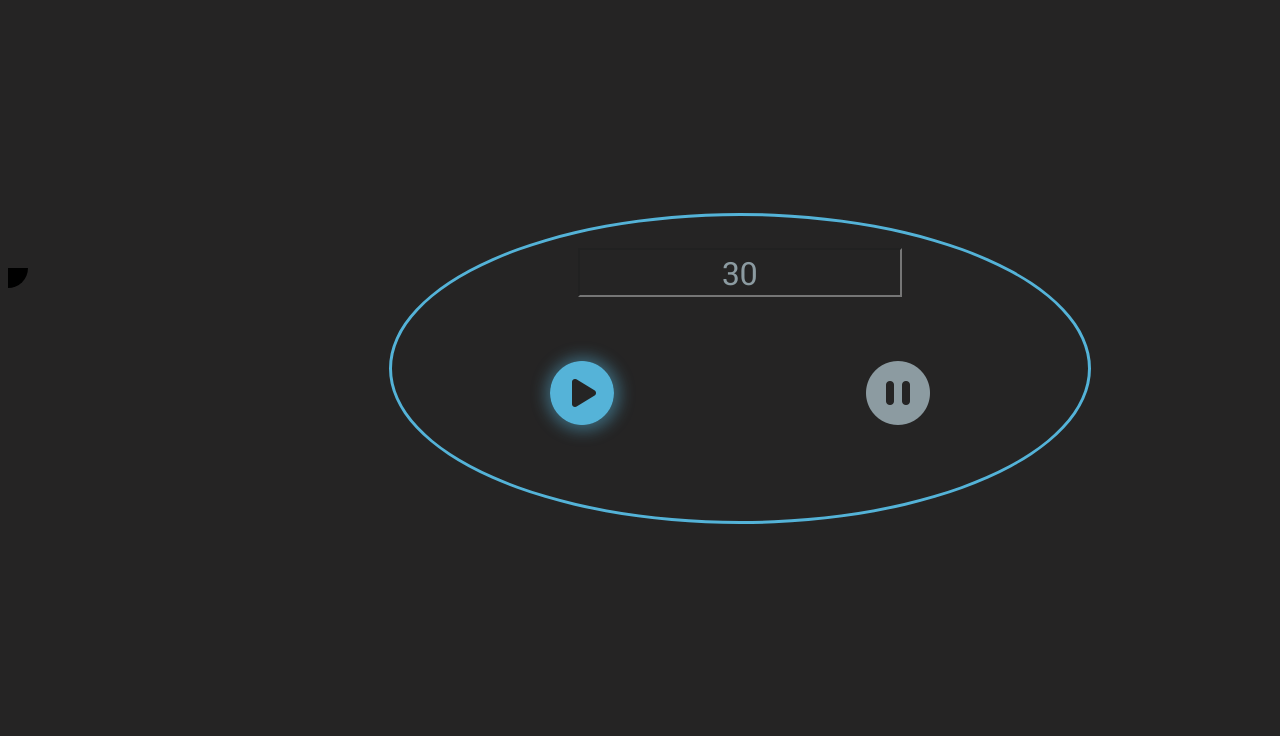
Repository: Sbethm/javascript-challenges
Page: index.html
An editor plug-in stored every save of this project. The page is shown before and after a run of saves, followed by the edit.
The browser window is 1280 px wide. The pictures show the whole page.
Some web libraries are served in a nearby version. The style sheet was rebuilt from its Sass, Less or Tailwind sources for each picture, by a compiler version that may differ from the author's.

Above is the page before, as saved 2021-09-17 15:04:18.

After the next 4 saves:
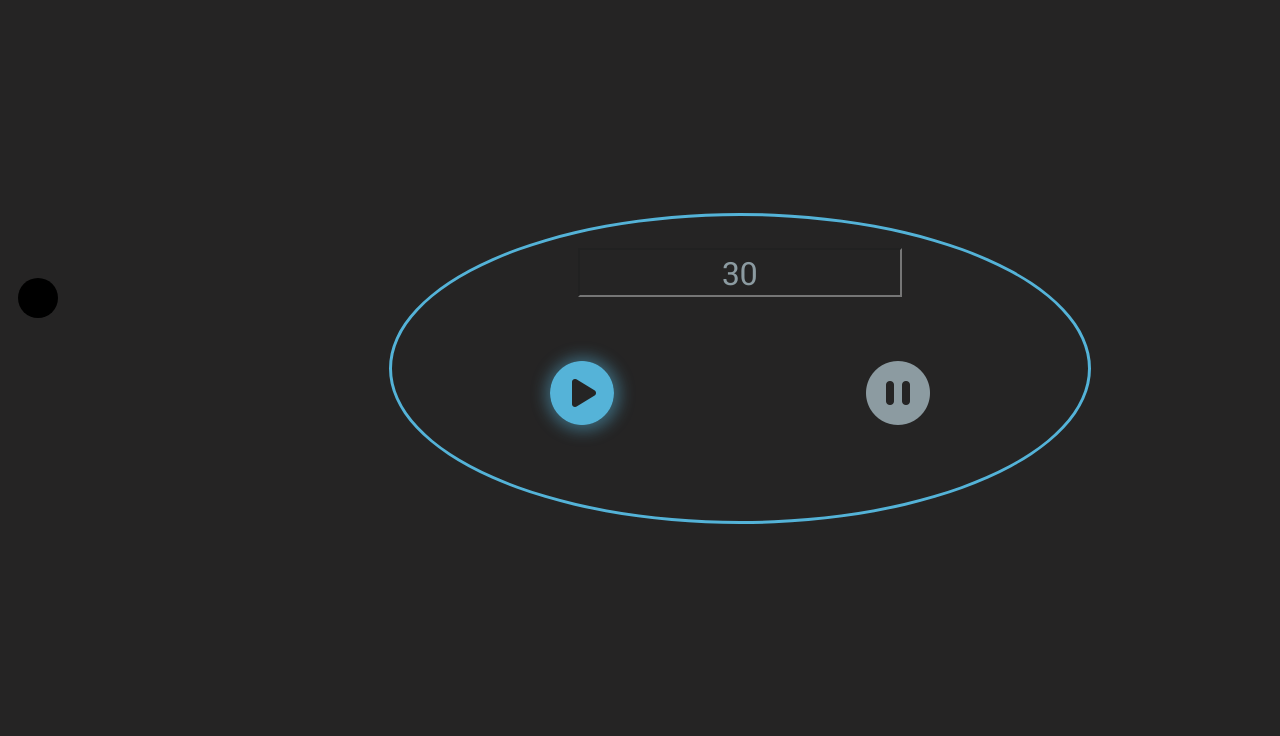
The 4 saves are shown as one change because they came seconds apart.
The last was saved 11 s later.
--- a/index.html
+++ b/index.html
@@ -15,7 +15,7 @@
     <header></header>
     <main>
         <svg height="200" width="200">
-            <circle r="20" cx=""\></circle>
+            <circle r="20" cx="30" cy="30"\></circle>
         </svg>
         <div class="container">
             <input type="text" value="30">
